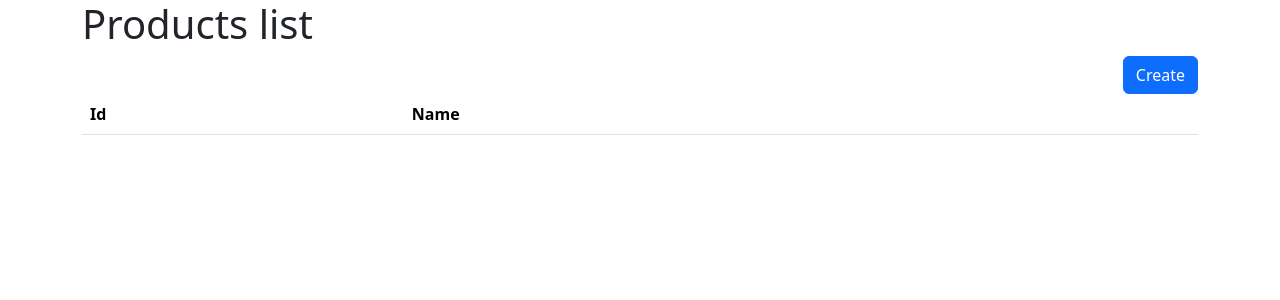
Repository: raigorx/CRUD-Laravel-Example
Page: http://localhost/products
These files come from the project's save history. The page is drawn as it stood at one moment and after the next save; the edit follows.
The browser window is 1280 px wide. The pictures show the whole page.
The page is served by the project's Laravel application, run on PHP 8.4 with Laravel 12. Queries for data that is not in the repository find no rows.

Above is the page before, as saved 2024-11-10 08:45:13.

After the next save:
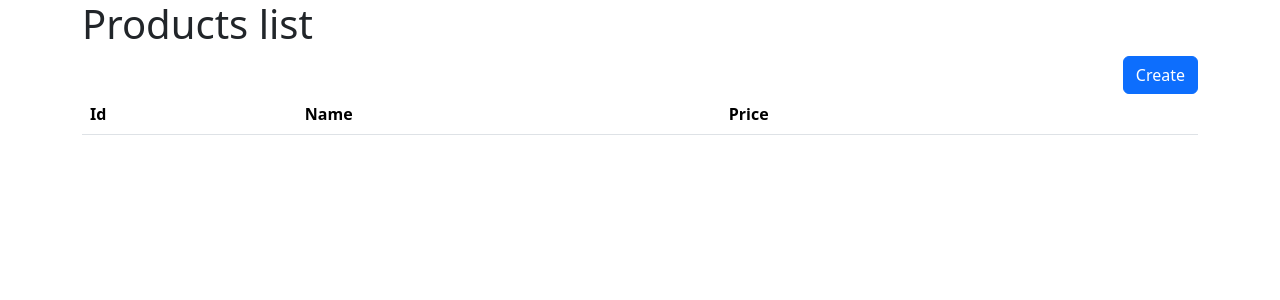
Saved 2 min 40 s later.
--- a/resources/views/products/index.blade.php
+++ b/resources/views/products/index.blade.php
@@ -20,18 +20,20 @@
       <tr>
         <th scope="col">Id</th>
         <th scope="col">Name</th>
+        <th scope="col">Price</th>
         <th scope="col"></th>
       </tr>
     </thead>
     <tbody>
       @foreach($products as $product)
 
-      <tr class="text-end">
+      <tr>
         <th scope="row">
           {{$product->id}}
         </th>
         <td>{{$product->name}}</td>
-        <td>
+        <td>{{$product->price}}</td>
+        <td class="text-end">
           <a href="{{route('products.show', $product->id)}}" class="btn btn-info">Show</a>
           <a href="{{route('products.edit', $product->id)}}" class="btn btn-success">Edit</a>
           <form action="{{route('products.destroy', $product->id)}}" method="post" class="d-inline">
